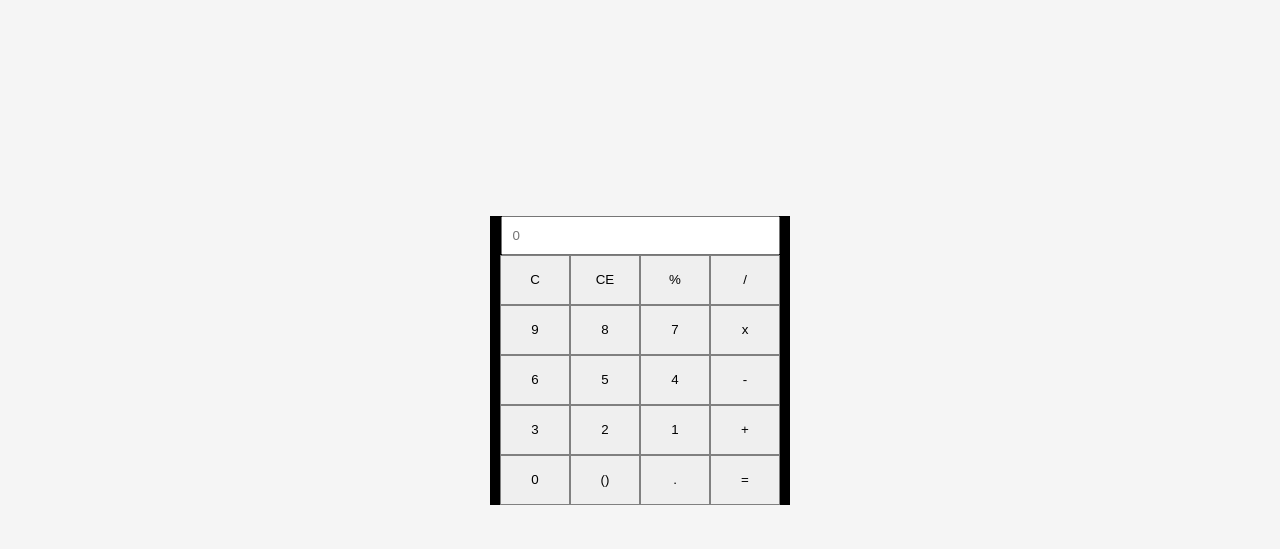
Repository: latenightsnacc/React-Projects
Page: / (app in calculator/)
These files come from the project's save history. The page is drawn as it stood at one moment and after the next save; the edit follows.
The browser window is 1280 px wide. The pictures show the whole page.
The project was rebuilt for these pictures with package versions that can differ from the ones it lists, and the page was loaded fresh each time.

Above is the page before, as saved 2020-07-01 14:02:18.

After the next save:
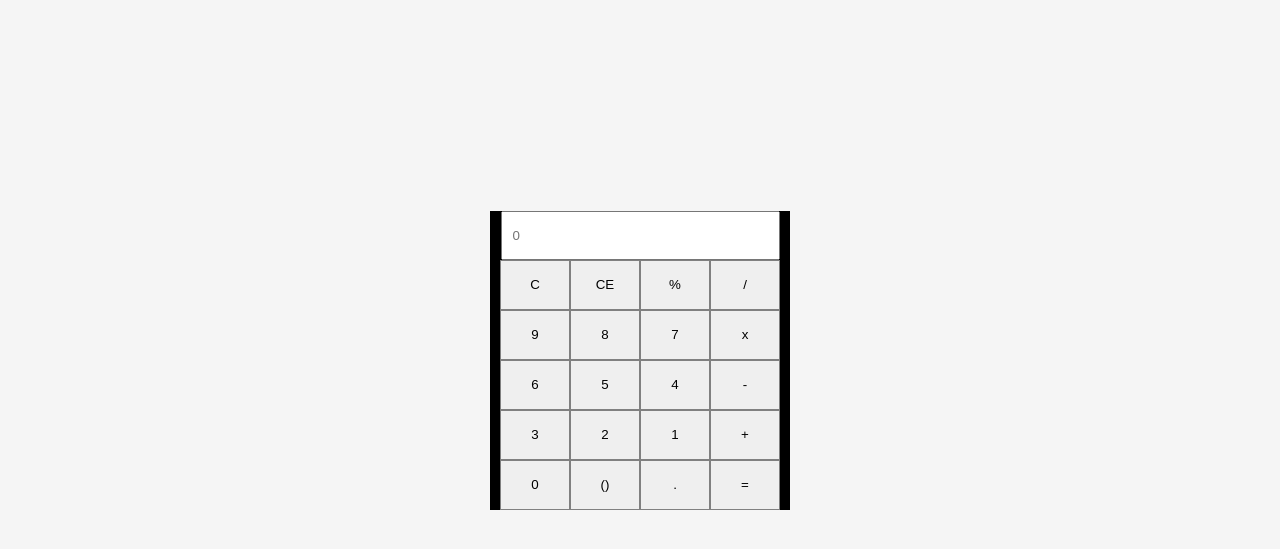
Saved 9 s later.
--- a/calculator/src/Styles/Input.scss
+++ b/calculator/src/Styles/Input.scss
@@ -4,7 +4,7 @@
    width: 300px;
     input {
         width: 255px;
-        padding: 10px;
+        padding: 15px 10px;
         color: black;
 
 
